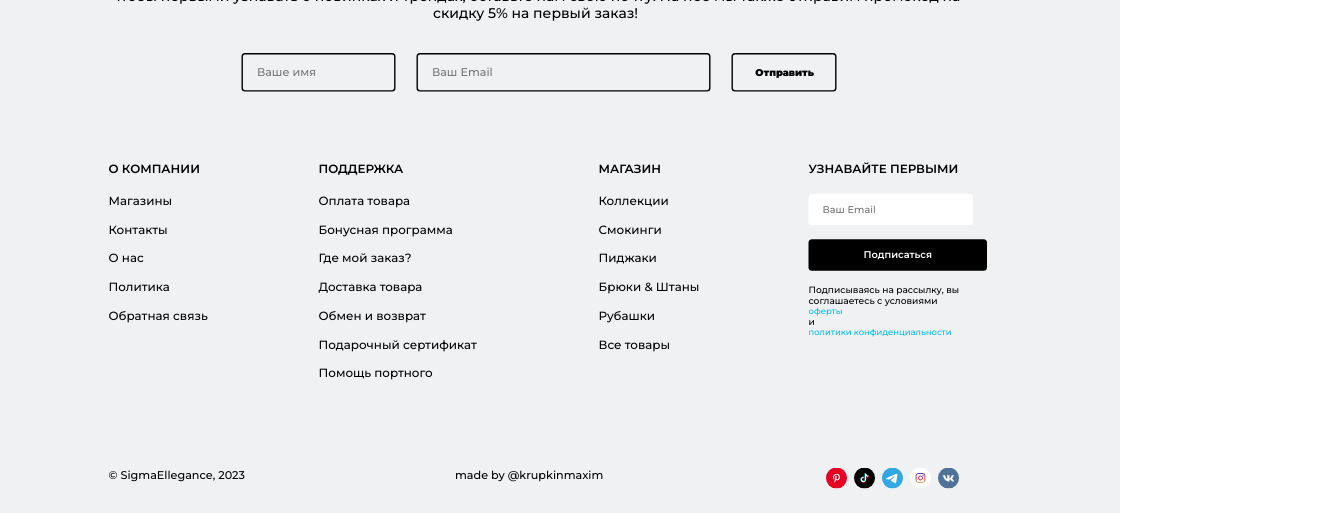
Repository: MaksimKrupkin/SigmaEllegance
Page: /
The author's editor kept a copy of each file at every save. The page is drawn from the files as they stood at one save, then again after a run of saves.
The browser window is 1280 px wide. The page is 1900 px wide, so the pictures cover 1900 px, including what lies to the right of the window. The pictures show the part of the page from y = 3427 to 4707 px (the page is 4160 px tall before and 4707 px after), at 70% of full size.
Some web fonts or font styles are not loaded; a fallback is used. The project was rebuilt for these pictures with package versions that can differ from the ones it lists, and the page was loaded fresh each time. Also part of the build but not shown: src/Components/SideBar/SideBar.module.css, src/Components/SideBar/SideBar.jsx, src/Pages/HomePage.module.css, src/Components/GoodsCard/GoodsCard.module.css, src/Components/GoodsCard/GoodsCard.jsx, src/Pages/GoodsPage/GoodsPage.module.css, src/Pages/GoodsPage/GoodsPage.jsx.

Above is the page before, as saved 2023-11-25 14:37:25.

After the next 3 saves:
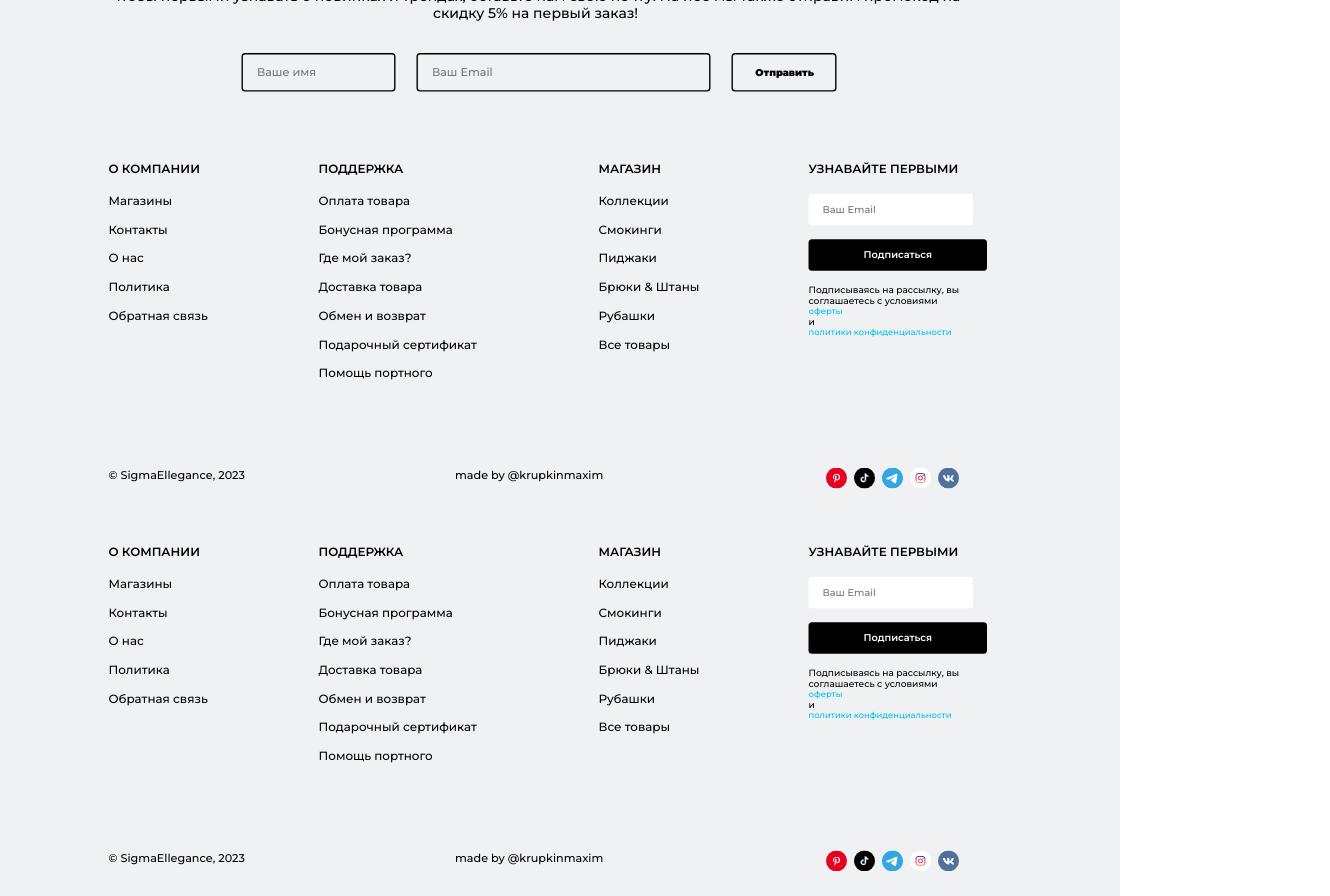
The 3 saves are shown as one change because 2 did not build or start.
The last was saved 3 min 14 s later.
--- a/src/App.js
+++ b/src/App.js
@@ -2,14 +2,19 @@ import Header from './Components/Header/Header';
 import HomePage from './Pages/HomePage';
 import styles from './App.module.css';
 import GoodsPage from './Pages/GoodsPage/GoodsPage';
+import Footer from './Components/Footer/Footer';
 import { BrowserRouter, Route, Routes } from 'react-router-dom';
 
 function App() {
   return (
     <div className={styles.container}>
       <Header />
-      <HomePage />
-      {/* <GoodsPage /> */}
+      <Routes>
+        <Route path="/" element={<HomePage />} />
+        <Route path="/goodspage" element={<GoodsPage />} />
+      </Routes>
+
+      <Footer />
     </div>
   );
 }
